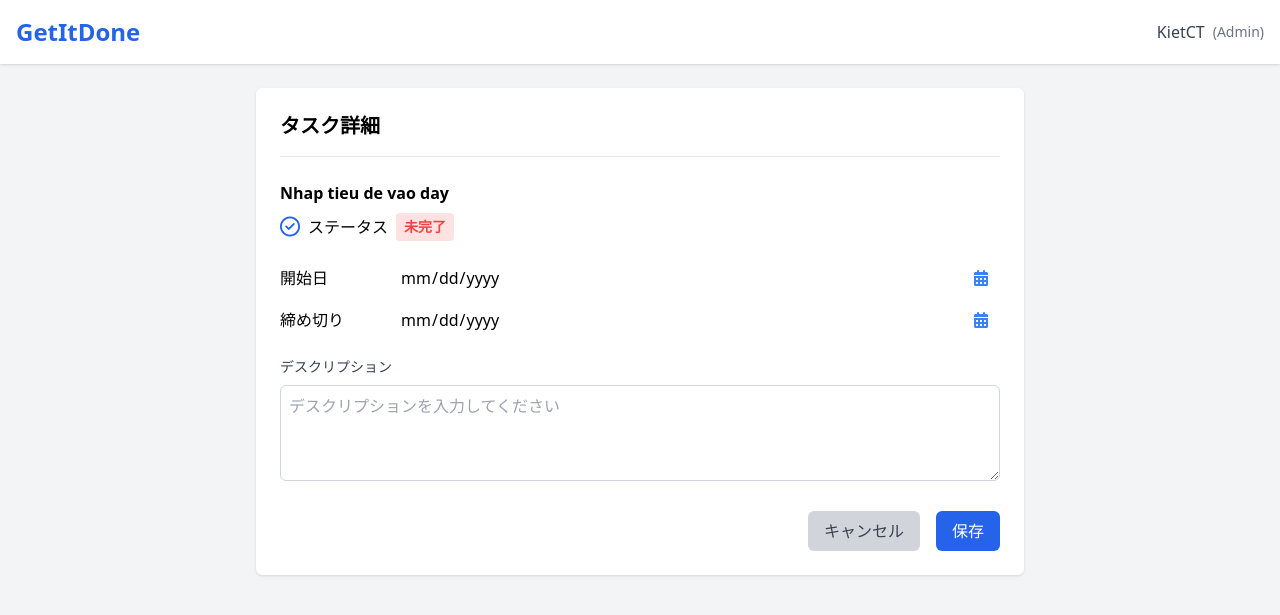
Repository: TuanAnhNguyen723/todolist
Page: detail/detail.html
The author's editor kept a copy of each file at every save. The page is drawn from the files as they stood at one save, then again after the next save.
The browser window is 1280 px wide. The pictures show the whole page.
Some web libraries are served in a nearby version.

Above is the page before, as saved 2024-09-25 10:35:12.

### detail/detail.html
<!DOCTYPE html>
<html lang="ja">
  <head>
    <meta charset="UTF-8" />
    <meta name="viewport" content="width=device-width, initial-scale=1.0" />
    <title>タスク詳細 - GetItDone</title>
    <script src="https://cdn.tailwindcss.com"></script>
    <link
      rel="stylesheet"
      href="https://cdnjs.cloudflare.com/ajax/libs/font-awesome/6.6.0/css/all.min.css"
    />
    <style>
      /* Ẩn icon mặc định của input date */
      input[type="date"]::-webkit-calendar-picker-indicator {
        display: none;
      }

      /* Bố trí lại input với icon lịch */
      .date-container {
        position: relative;
        display: inline-block;
        width: 100%;
      }

      .date-container input {
        width: 100%;
        padding-right: 2.5rem; /* Để dành chỗ cho icon */
      }

      .date-container i {
        position: absolute;
        right: 0.75rem;
        top: 50%;
        transform: translateY(-50%);
        pointer-events: none; /* Không ảnh hưởng khi click */
        color: #3b82f6;
      }

      /* Ẩn input mặc định */
      #titleInput {
        display: none;
      }
    </style>
  </head>
  <body class="bg-gray-100 font-sans">
    <!-- Header -->
    <header class="bg-white shadow p-4">
      <div class="max-w-7xl mx-auto flex justify-between items-center">
        <h1 class="text-2xl font-bold text-blue-600">GetItDone</h1>
        <div class="flex items-center">
          <span class="text-gray-700">KietCT</span>
          <span class="text-sm text-gray-500 ml-2">(Admin)</span>
        </div>
      </div>
    </header>

    <!-- Task Details -->
    <div class="max-w-3xl mx-auto mt-6 p-6 bg-white shadow rounded-md">
      <h2 class="text-xl font-bold mb-4">タスク詳細</h2>

      <div class="border-t pt-4">
        <!-- Title and Status -->
        <div class="mb-6">
          <div class="mt-2">
            <span class="font-bold" id="titleText" ondblclick="editTitle()"
              >Nhap tieu de vao day</span
            >
            <input
              type="text"
              id="titleInput"
              class="border border-gray-300 rounded-md p-2"
              value="クリックして編集するタスクタイトル"
              onblur="saveTitle()"
            />
          </div>
          <div class="flex items-center space-x-2 mt-2">
            <label class="inline-flex items-center">
              <i class="fa-regular fa-circle-check text-blue-600 text-xl"></i>
              <span class="ml-2">ステータス</span>
            </label>
            <span
              class="text-red-500 font-bold text-sm px-2 py-1 rounded bg-red-100"
              >未完了</span
            >
          </div>

          <!-- Chỉnh sửa tiêu đề -->
        </div>

        <!-- Dates -->
        <div class="grid grid-rows-2 gap-4 mb-6">
          <div class="flex items-center">
            <div style="width: 20%">開始日</div>
            <div class="date-container">
              <input
                type="date"
                class="form-control shadow-none"
                name="checkin"
                id="startDateInput"
                required=""
              />
              <i class="fas fa-calendar-alt"></i>
            </div>
          </div>
          <div class="flex items-center">
            <div style="width: 20%">締め切り</div>
            <div class="date-container">
              <input
                type="date"
                class="form-control shadow-none"
                name="checkin"
                id="endDateInput"
                required=""
              />
              <i class="fas fa-calendar-alt"></i>
            </div>
          </div>
        </div>

        <!-- Description -->
        <div class="mb-6">
          <label class="block text-sm text-gray-700" for="description"
            >デスクリプション</label
          >
          <textarea
            id="description"
            class="w-full h-24 mt-2 p-2 border border-gray-300 rounded-md"
            placeholder="デスクリプションを入力してください"
          ></textarea>
        </div>

        <!-- Buttons -->
        <div class="flex justify-end space-x-4">
          <button class="px-4 py-2 bg-gray-300 text-gray-700 rounded-md">
            キャンセル
          </button>
          <button class="px-4 py-2 bg-blue-600 text-white rounded-md">
            保存
          </button>
        </div>
      </div>
    </div>

    <script>
      function editTitle() {
        document.getElementById("titleText").style.display = "none";
        document.getElementById("titleInput").style.display = "inline-block";
        document.getElementById("titleInput").focus();
      }

      function saveTitle() {
        const input = document.getElementById("titleInput");
        const text = document.getElementById("titleText");
        text.textContent = input.value;
        input.style.display = "none";
        text.style.display = "inline";
      }
    </script>
  </body>
</html>

After the next save:
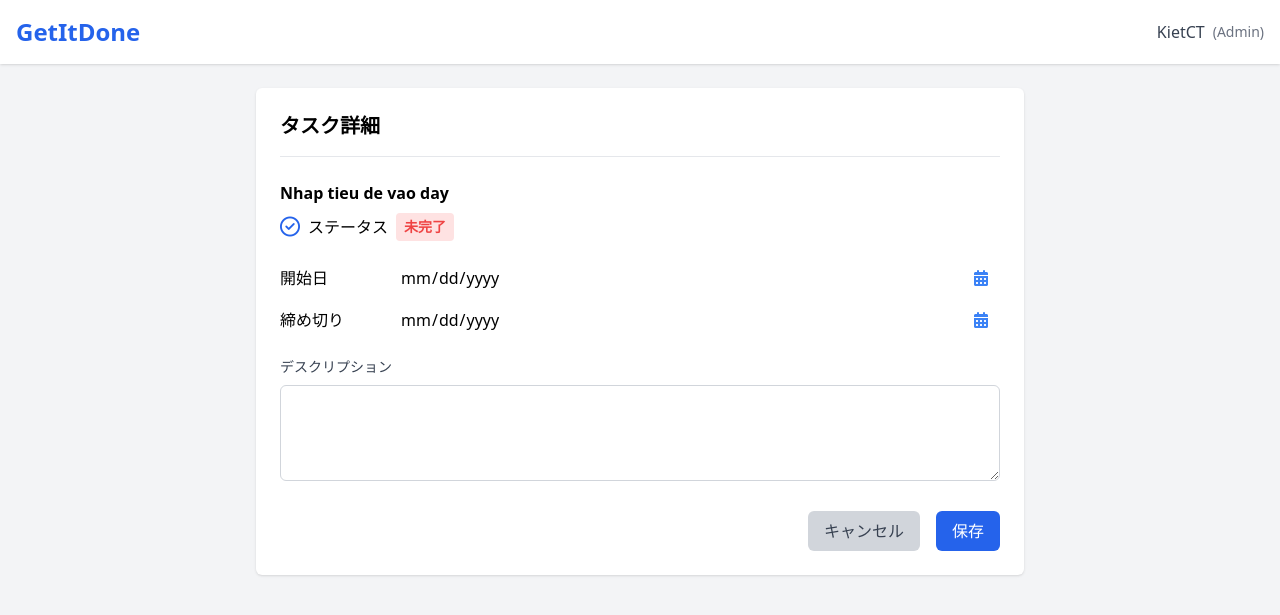
Saved 20 s later.
--- a/detail/detail.html
+++ b/detail/detail.html
@@ -125,7 +125,7 @@
           <textarea
             id="description"
             class="w-full h-24 mt-2 p-2 border border-gray-300 rounded-md"
-            placeholder="デスクリプションを入力してください"
+            placeholder=""
           ></textarea>
         </div>
 

After the 2 saves that followed:
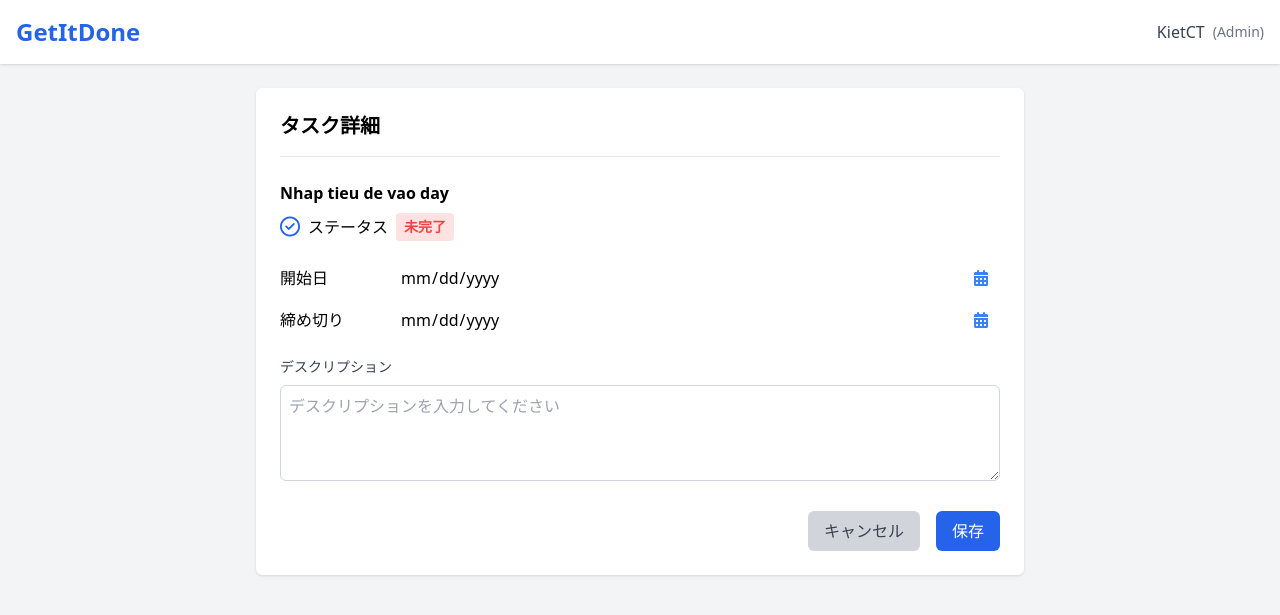
The 2 saves are shown as one change because 1 left the picture as it was.
The last was saved 2 min 46 s later.
--- a/detail/detail.html
+++ b/detail/detail.html
@@ -69,7 +69,7 @@
               type="text"
               id="titleInput"
               class="border border-gray-300 rounded-md p-2"
-              value="クリックして編集するタスクタイトル"
+              value=""
               onblur="saveTitle()"
             />
           </div>
@@ -125,7 +125,7 @@
           <textarea
             id="description"
             class="w-full h-24 mt-2 p-2 border border-gray-300 rounded-md"
-            placeholder=""
+            placeholder="デスクリプションを入力してください"
           ></textarea>
         </div>
 
@@ -143,15 +143,18 @@
 
     <script>
       function editTitle() {
+        const text = document.getElementById("titleText").textContent;
+        const input = document.getElementById("titleInput");
+        input.value = text; // Gán giá trị tiêu đề hiện tại vào input
         document.getElementById("titleText").style.display = "none";
-        document.getElementById("titleInput").style.display = "inline-block";
-        document.getElementById("titleInput").focus();
+        input.style.display = "inline-block";
+        input.focus();
       }
 
       function saveTitle() {
         const input = document.getElementById("titleInput");
         const text = document.getElementById("titleText");
-        text.textContent = input.value;
+        text.textContent = input.value; // Cập nhật giá trị sau khi chỉnh sửa
         input.style.display = "none";
         text.style.display = "inline";
       }
